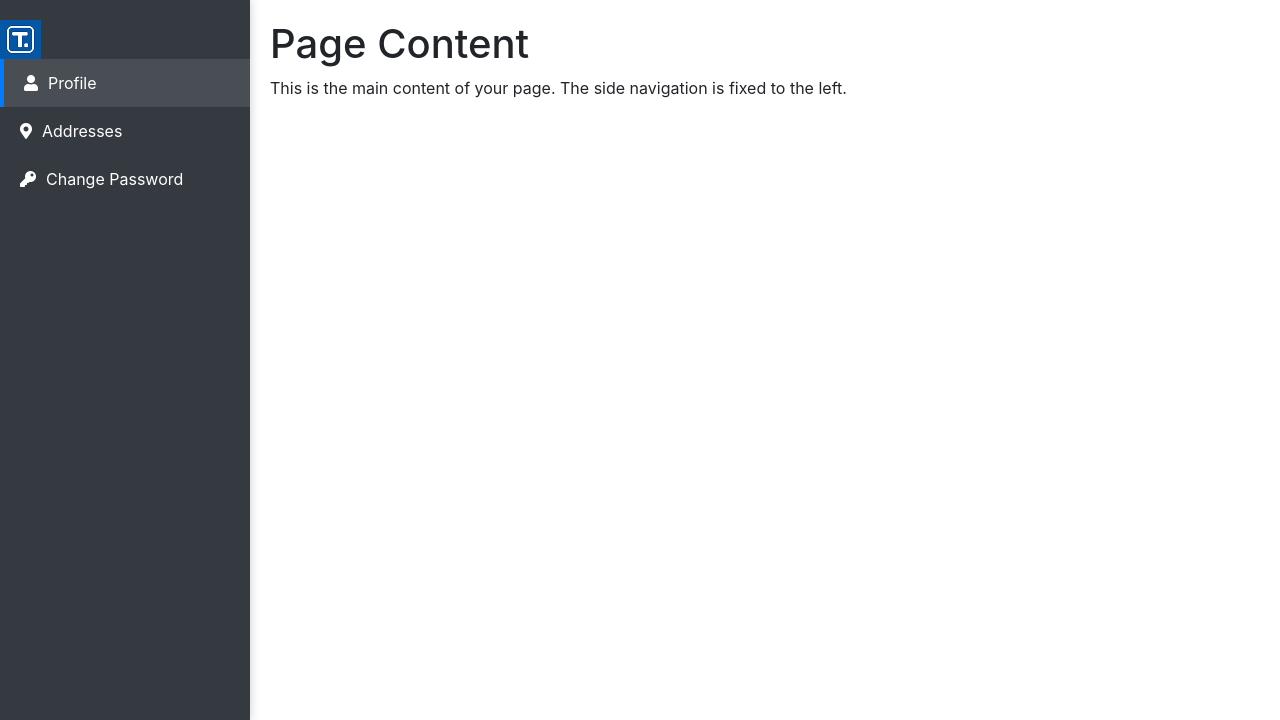
Repository: Darkrepo23/Ecommerce-Manalastas-project
Page: profile-settings.html
The author's editor kept a copy of each file at every save. The page is drawn from the files as they stood at one save, then again after the next save.
The browser window is 1280 px wide. The pictures show the whole page.
Some web libraries are served in a nearby version.

Above is the page before, as saved 2026-01-04 08:47:50.

### profile-settings.html
 <!DOCTYPE html>
 <html lang="en">
 <head>
  <meta charset="UTF-8">
  <meta name="viewport" content="width=device-width, initial-scale=1.0">
  <title>Beautiful Bootstrap Side Navigation</title>
  <!-- Bootstrap CSS -->
  <link rel="stylesheet" href="https://stackpath.bootstrapcdn.com/bootstrap/4.5.2/css/bootstrap.min.css">
  <!-- Font Awesome CSS (for icons) -->
  <link rel="stylesheet" href="https://cdnjs.cloudflare.com/ajax/libs/font-awesome/5.15.4/css/all.min.css">
  <style>
  /* Custom Styles for the Side Navigation */
  .sidebar {
  height: 100vh; /* Full height of the viewport */
  width: 250px; /* Width of the sidebar */
  position: fixed; /* Fixed position */
  top: 0;
  left: 0;
  background-color: #343a40; /* Dark background */
  color: white; /* White text */
  padding-top: 20px;
  box-shadow: 0 0 10px rgba(0, 0, 0, 0.2); /* Add shadow */
  }

  .sidebar a {
  padding: 12px 20px;
  text-decoration: none;
  font-size: 16px;
  color: white; /* White text */
  display: block;
  transition: background-color 0.3s ease; /* Smooth transition */
  }

  .sidebar a:hover {
  background-color: rgba(255, 255, 255, 0.1); /* Lighter background on hover */
  }

  .sidebar i {
  margin-right: 10px; /* Add space between icon and text */
  }

  /* Content area style to prevent overlap */
  .content {
  margin-left: 250px; /* Same as sidebar width */
  padding: 20px;
  }

  /* Add a top border to the active link */
  .sidebar .active {
  border-left: 4px solid #007bff; /* Blue active indicator */
  background-color: rgba(255, 255, 255, 0.1); /* Slightly lighter background */
  }
  </style>
 </head>
 <body>

  <!-- Side Navigation -->
  <div class="sidebar">
  <img src="img/logo.png" class="" alt="" style="">
  <a href="#" class="active"><i class="fas fa-user"></i>Profile</a>
  <a href="#"><i class="fas fa-map-marker-alt"></i>Addresses</a>
  <a href="#"><i class="fas fa-key"></i>Change Password</a>
  </div>

  <!-- Page Content -->
  <div class="content">
  <h1>Page Content</h1>
  <p>This is the main content of your page. The side navigation is fixed to the left.</p>
  </div>

  <!-- Bootstrap JS and Popper.js (optional, but might be needed for other components) -->
  <script src="https://code.jquery.com/jquery-3.5.1.slim.min.js"></script>
  <script src="https://cdn.jsdelivr.net/npm/@popperjs/core@2.5.3/dist/umd/popper.min.js"></script>
  <script src="https://stackpath.bootstrapcdn.com/bootstrap/4.5.2/js/bootstrap.min.js"></script>
 </body>
 </html>

After the next save:
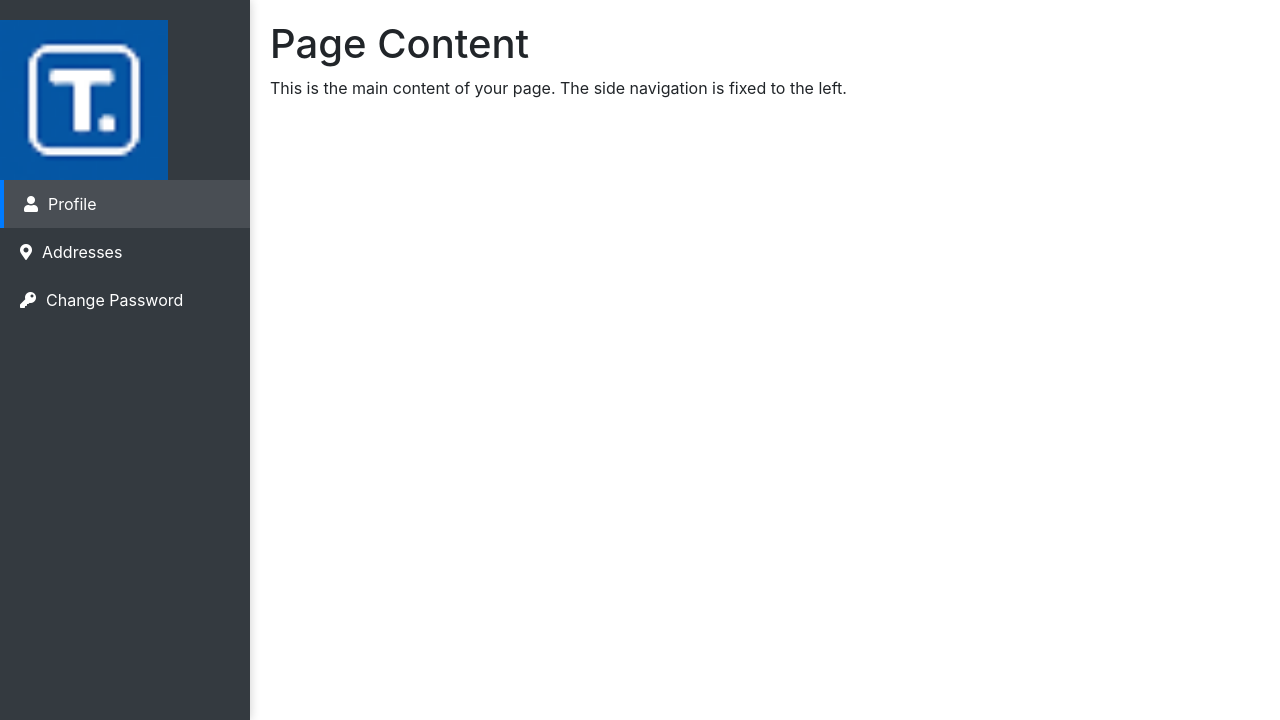
Saved 6 s later.
--- a/profile-settings.html
+++ b/profile-settings.html
@@ -56,7 +56,7 @@
 
   <!-- Side Navigation -->
   <div class="sidebar">
-  <img src="img/logo.png" class="" alt="" style="">
+  <img src="img/logo.png" class="" alt="" style="height: 10rem;">
   <a href="#" class="active"><i class="fas fa-user"></i>Profile</a>
   <a href="#"><i class="fas fa-map-marker-alt"></i>Addresses</a>
   <a href="#"><i class="fas fa-key"></i>Change Password</a>
